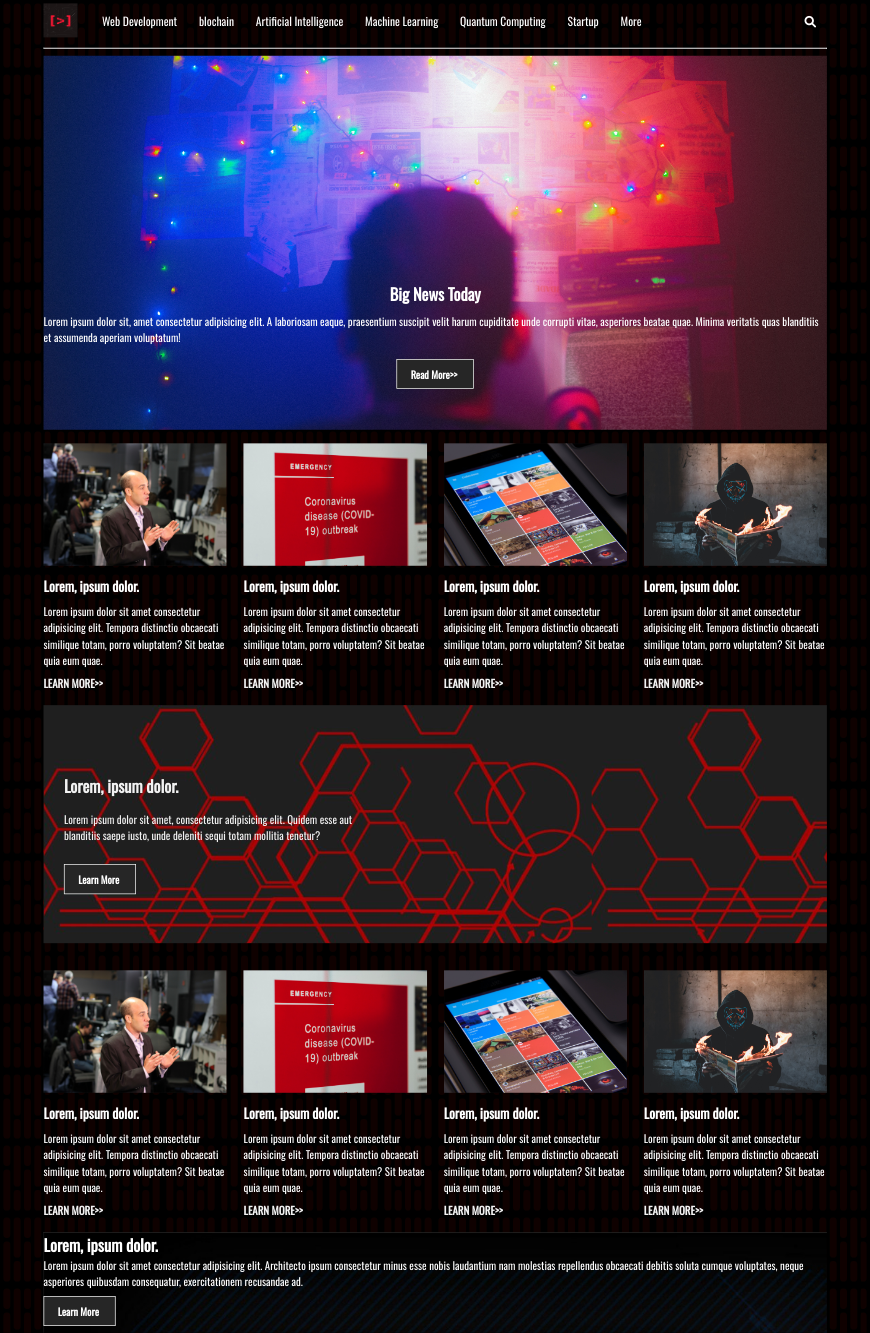
Repository: NickArregoces/News_Web
Page: index.html
The author's editor kept a copy of each file at every save. The page is drawn from the files as they stood at one save, then again after the next save.
The browser window is 1280 px wide. The pictures show the whole page, at 68% of full size.

Above is the page before, as saved 2021-12-24 20:01:37.

After the next save:
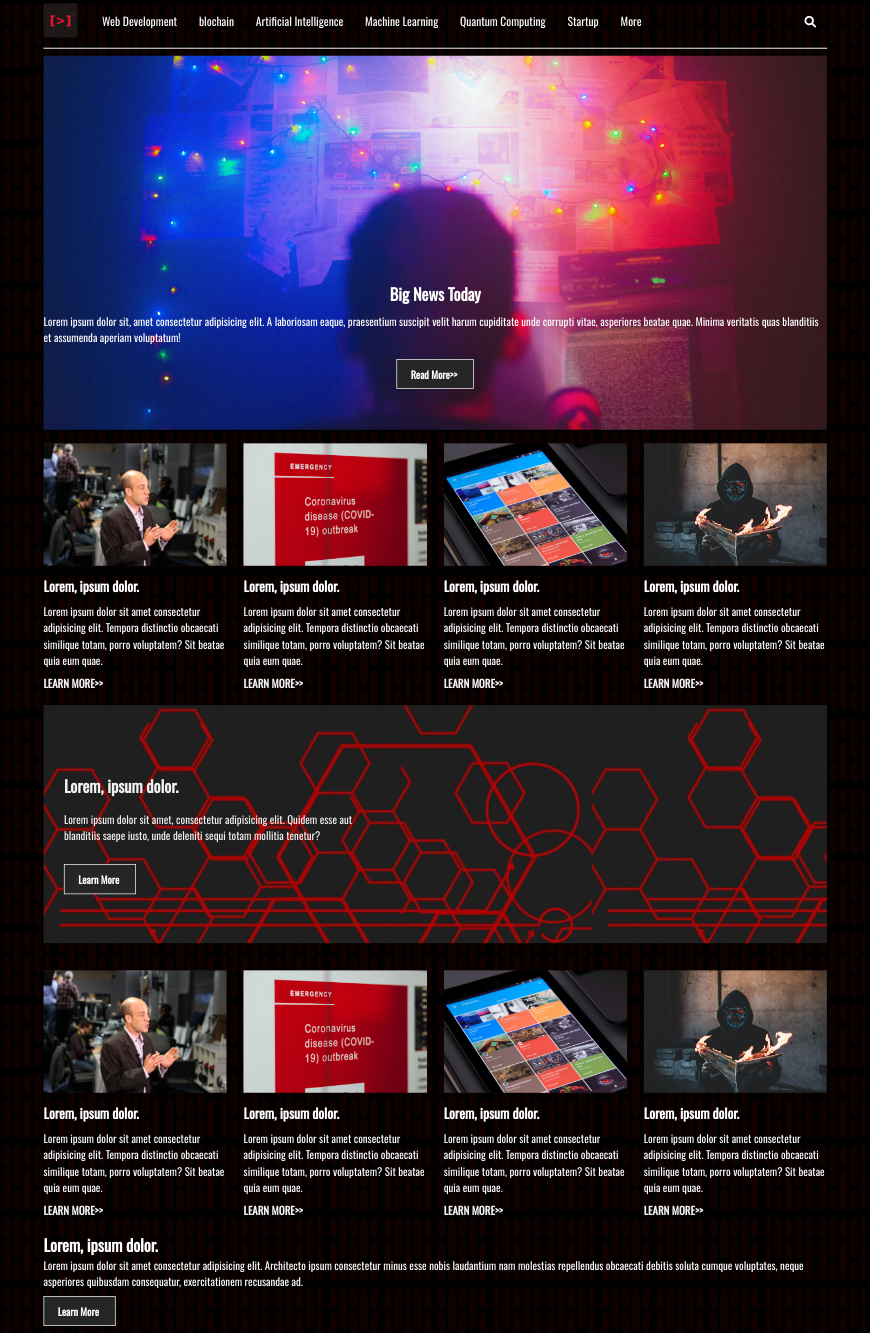
Saved 18 s later.
--- a/style.Css
+++ b/style.Css
@@ -153,6 +153,6 @@ hr{
 /*CARDS BANNER TWO*/
 
 .cards-banner-two{
-    background: url(./img/image-five.jpg);
+    background: url(./img/image-five.jpg) no-repeat center cover;
 
 }
